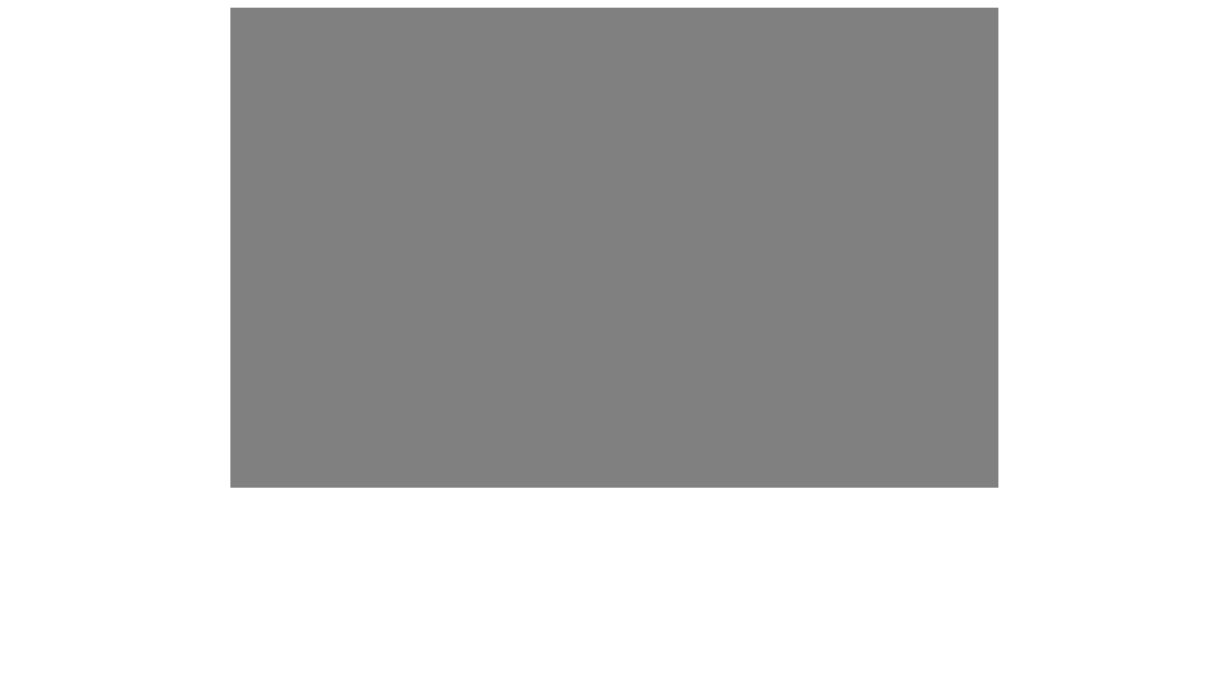
Repository: suhong99/htmlLecture
Page: cssSample3/src/main/webapp/index1.html
The author's editor kept a copy of each file at every save. The page is drawn from the files as they stood at one save, then again after the next save.
The browser window is 1280 px wide. The pictures show the whole page, at 96% of full size.

Above is the page before, as saved 2023-06-22 04:22:47.

After the next save:
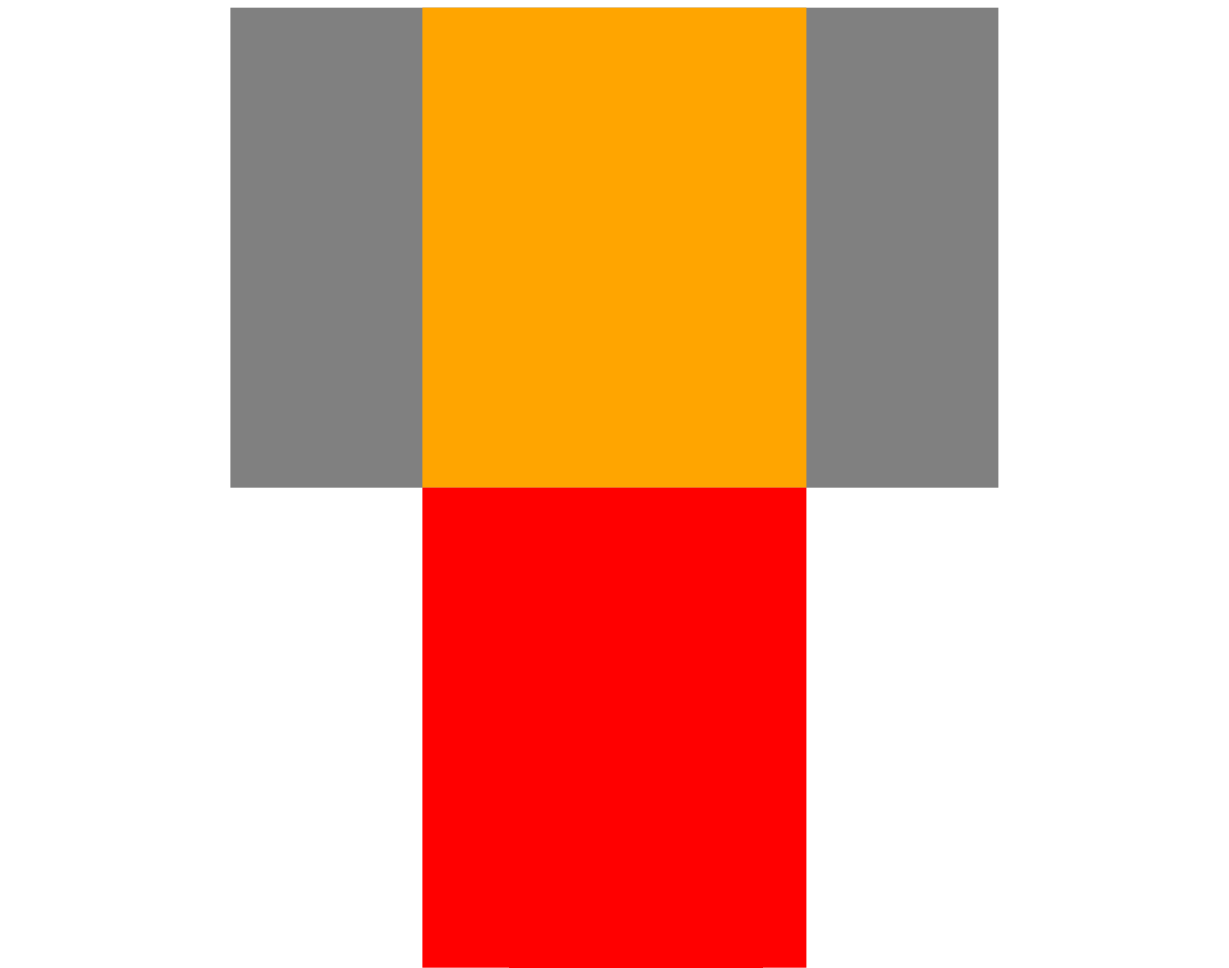
Saved 104 s later.
--- a/cssSample3/src/main/webapp/index1.html
+++ b/cssSample3/src/main/webapp/index1.html
@@ -8,6 +8,18 @@
 	width:800px;
 	height:500px;
 	background-color: gray;
+}
+
+#left {
+	width : 400px;
+	height: 500px;
+	background-color: orange;
+}
+
+.right{
+	width:400px;
+	height:500px;
+	background-color: red;
 }
 </style>
 </head>
